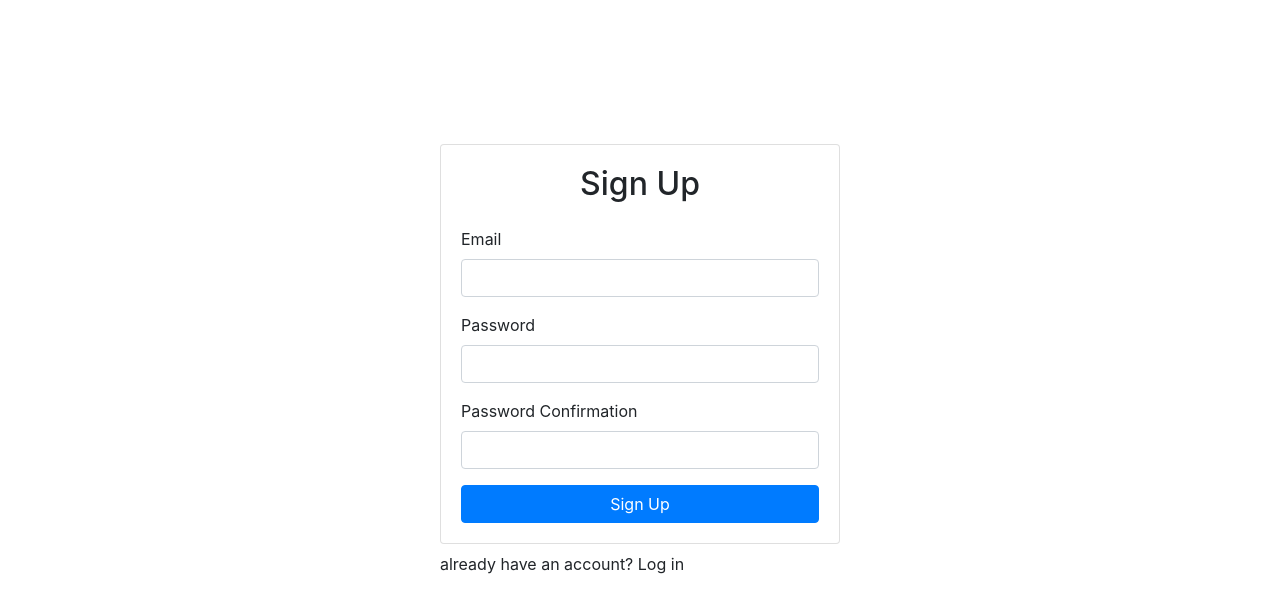
Repository: patrik-fredlund/react-firebase-auth
Page: /
The author's editor kept a copy of each file at every save. The page is drawn from the files as they stood at one save, then again after a run of saves.
The browser window is 1280 px wide. The pictures show the whole page.
The project was rebuilt for these pictures with package versions that can differ from the ones it lists, and the page was loaded fresh each time.

Above is the page before, as saved 2021-03-09 19:50:57.

After the next 6 saves:
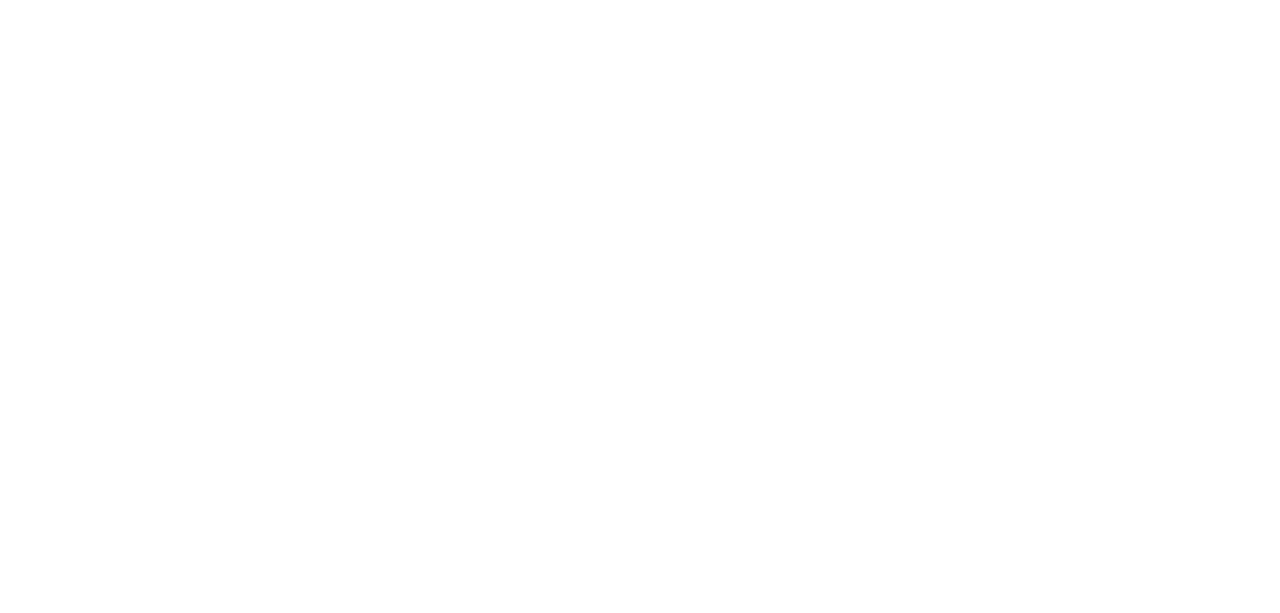
The 6 saves are shown as one change because they came seconds apart.
The last was saved 77 s later.
--- a/src/contexts/AuthContext.js
+++ b/src/contexts/AuthContext.js
@@ -34,7 +34,7 @@
 
     return (
         <AuthContext.Provider value={value}>
-            {children}
+            {loading && children}
         </AuthContext.Provider>
     )
 }

After the save that followed:
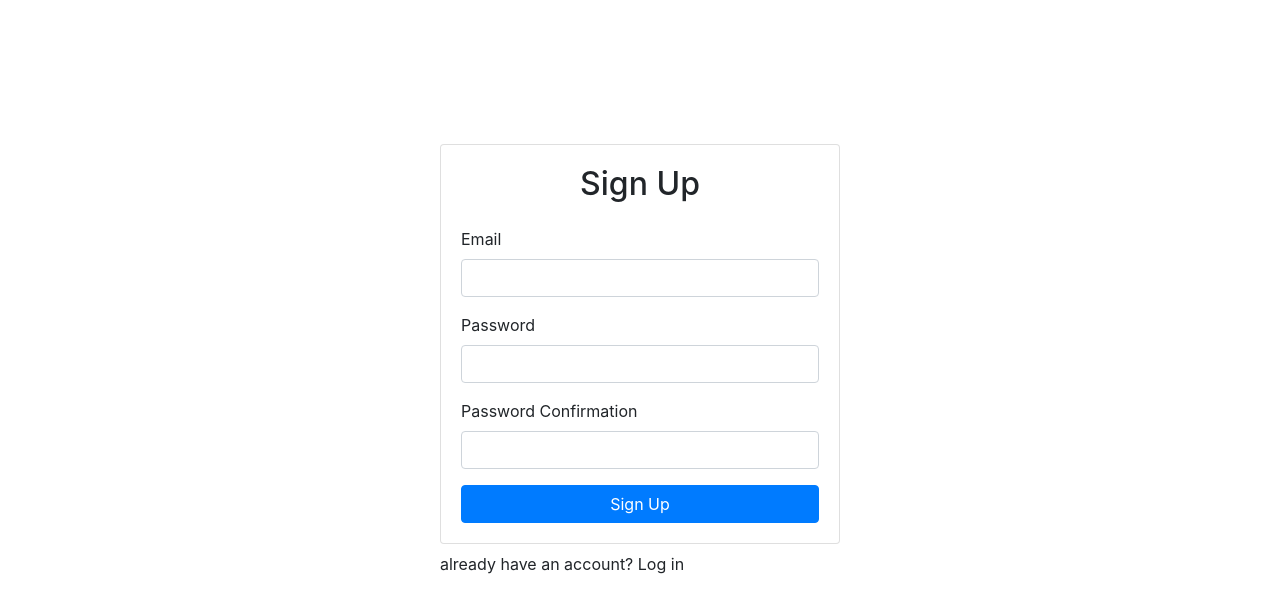
Saved 4 s later.
--- a/src/contexts/AuthContext.js
+++ b/src/contexts/AuthContext.js
@@ -34,7 +34,7 @@
 
     return (
         <AuthContext.Provider value={value}>
-            {loading && children}
+            {!loading && children}
         </AuthContext.Provider>
     )
 }
